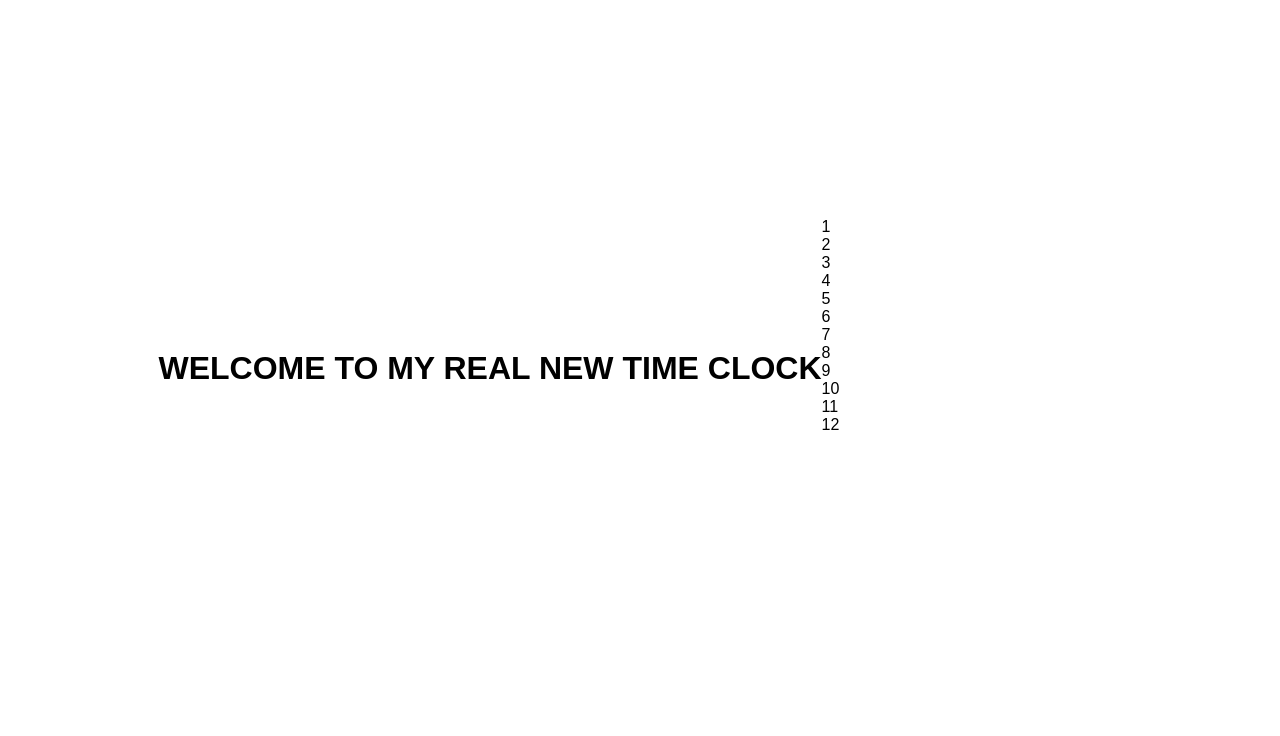
Repository: changkuothpur/create-my-watch
Page: watch.html
An editor plug-in stored every save of this project. The page is shown before and after the next save, followed by the edit.
The browser window is 1280 px wide. The pictures show the whole page.

Above is the page before, as saved 2024-04-25 13:48:02.
Console error: TypeError: Cannot read properties of null (reading 'style')

After the next save:
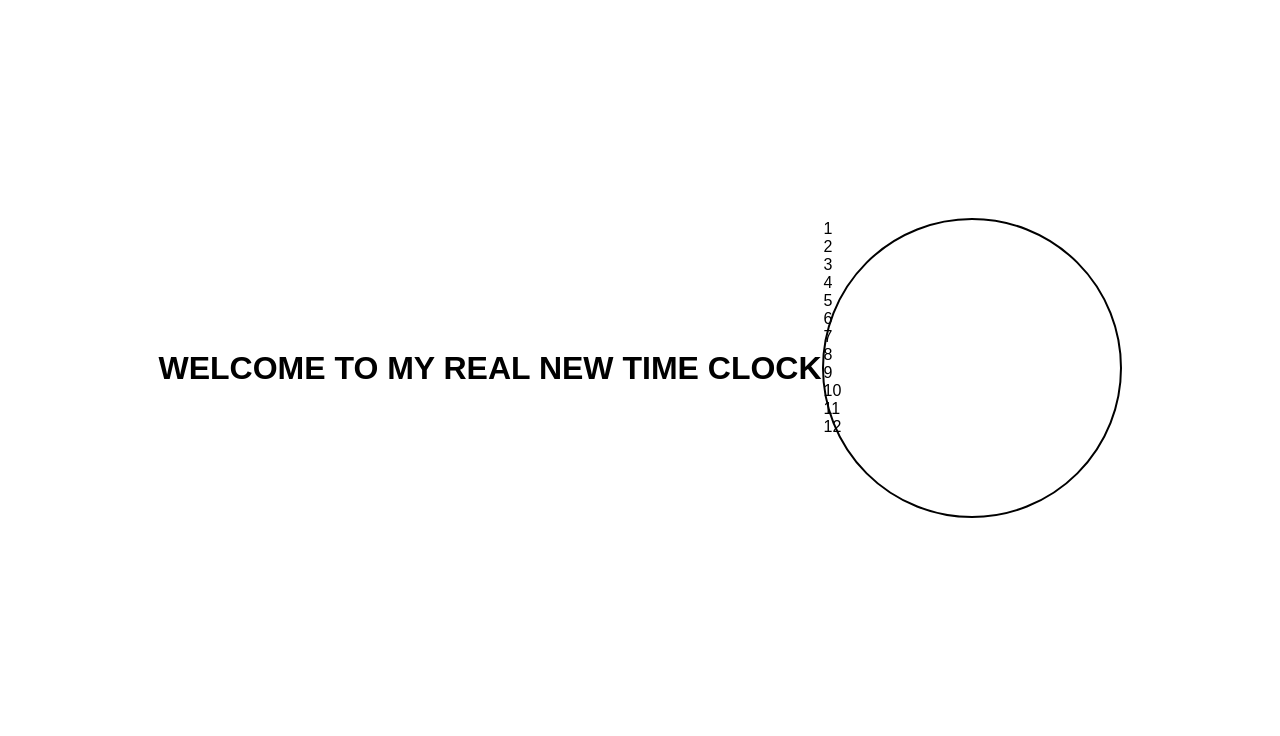
Saved 4 s later.
--- a/watch.css
+++ b/watch.css
@@ -16,5 +16,5 @@ body{
     height: 300px;
     background-color: blue(255,255,255,.9);
     border-radius: 50%;
-    border: 2px sol;
+    border: 2px solid;
 }
